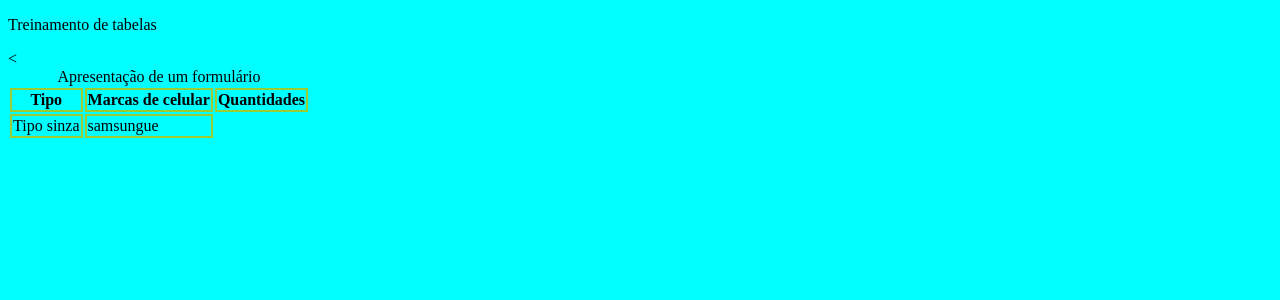
Repository: Vilmar-Freire/ESTUDOS-01-vilmar
Page: workspaces/SO-FIXAÇÃO-HTML/tabela.html
An editor plug-in stored every save of this project. The page is shown before and after a run of saves, followed by the edit.
The browser window is 1280 px wide. The pictures show the whole page.

Above is the page before, as saved 2026-08-17 13:26:06.

### workspaces/SO-FIXAÇÃO-HTML/tabela.html
<!DOCTYPE html>
<html lang="pt-BR">
<head>
    <meta charset="UTF-8">
    <meta name="language" content="pt-BR">
    <meta name="keywords" content="Programacao, html, css, JavaScript">
    <meta name="author" content="Vilmar Freire">
    <meta name="description" content="Tabelas">
    <link rel="stylesheet" href="./tabela.css">
    <meta name="viewport" content="width=device-width, initial-scale=1.0">
    <title>Tabelas</title>
</head>
<body>
    <p>Treinamento de tabelas</p>
    <table>
        <caption>Apresentação de um formulário</caption>
        <thead>
            <th>Tipo</th>
            <th>Marcas de celular</th>
            <th>Quantidades</th>
        </thead>

        <tbody>
            <tr>
                <td>Tipo sinza</td>
                <td>samsungue</td>
                <
            </tr>
        </tbody>
    </table>
</body>
</html>

### workspaces/SO-FIXAÇÃO-HTML/tabela.css
body{
    background-color: aqua;
}

table th, table td{
    border: 2px solid yellowgreen;
}

After the next 5 saves:
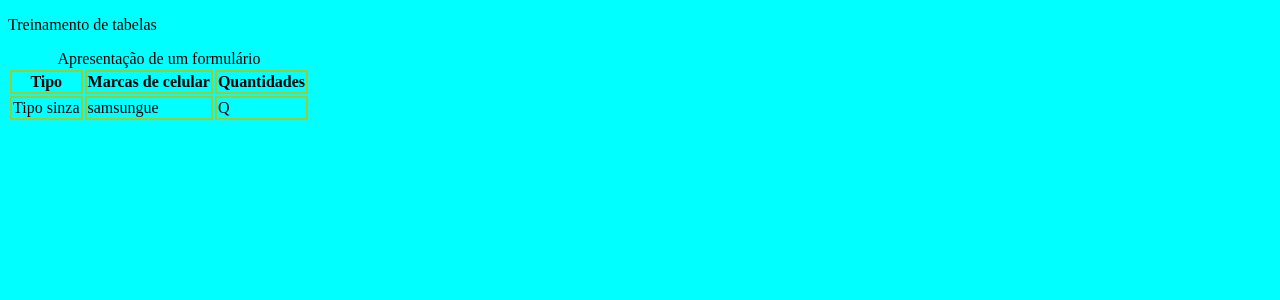
The 5 saves are shown as one change because they came seconds apart.
The last was saved 28 s later.
--- a/workspaces/SO-FIXAÇÃO-HTML/tabela.html
+++ b/workspaces/SO-FIXAÇÃO-HTML/tabela.html
@@ -24,7 +24,7 @@
             <tr>
                 <td>Tipo sinza</td>
                 <td>samsungue</td>
-                <
+                <td>Q</td>
             </tr>
         </tbody>
     </table>
